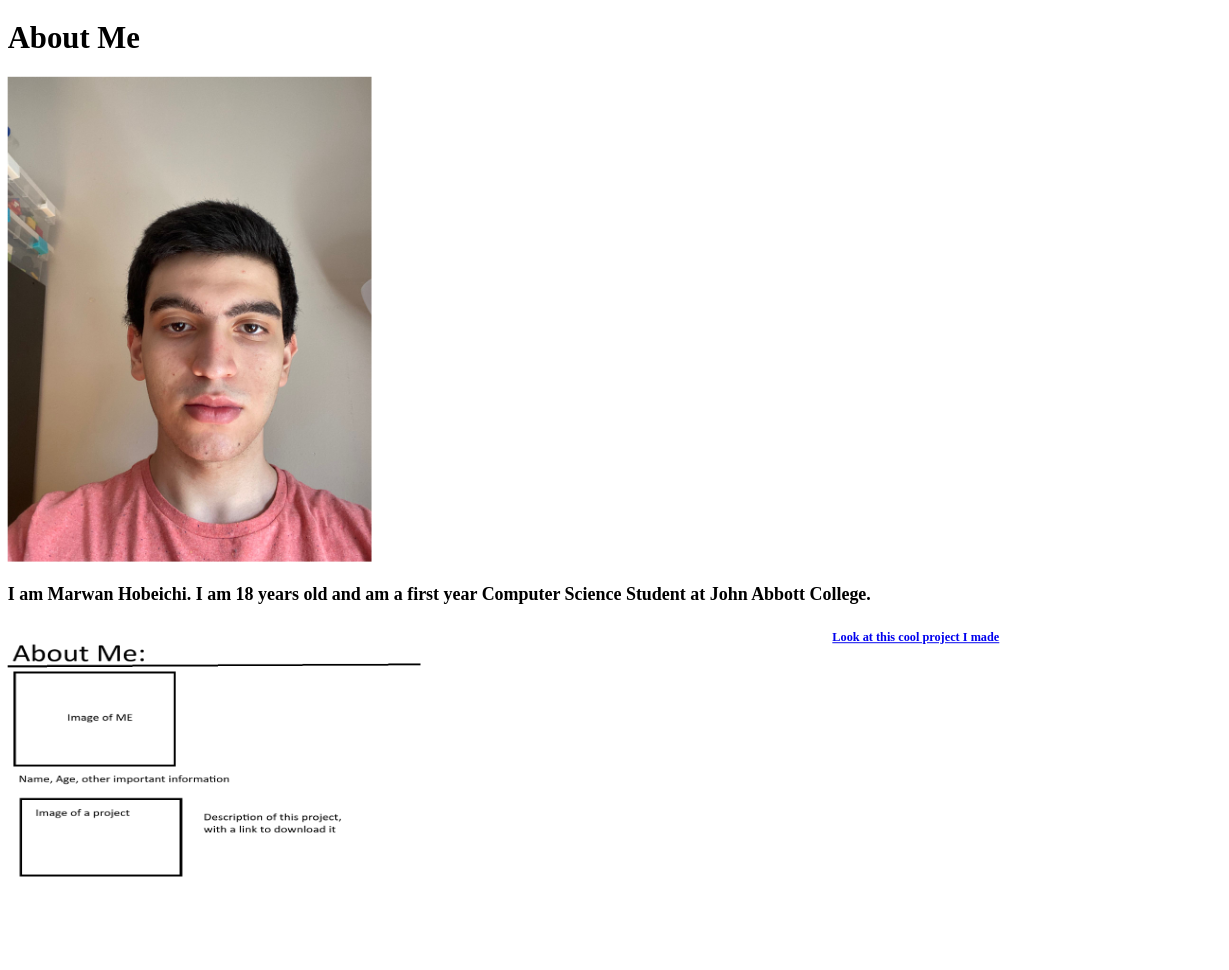
Repository: captainm64/captainm64
Page: index.html
These files come from the project's save history. The page is drawn as it stood at one moment and after the next save; the edit follows.
The browser window is 1280 px wide. The pictures show the whole page, at 96% of full size.

Above is the page before, as saved 2026-05-08 13:29:08.

### index.html
<!DOCTYPE html>
<html>
    <head>
        <link rel = "stylesheet" href = "./styles/index.css" />
         <link rel = "stylesheet" href = "./styles/global.css" />
         <title>HomePage</title>
    </head>
<body>
<Header id = "Title">
<main>
<h1> About Me </h1>

<div class = "Me">

 <div>
 <img src="../../assets/images/Marwan.jpg" alt = "Marwan Hobeichi looking at the camera"/>
 </div>

 <h3> I am Marwan Hobeichi. I am 18 years old and am a first year Computer Science Student at John Abbott College.</h3>

</div>



<div class = "projtxt">

 <div>
 <img src="../../assets/images/HomePage.png" alt = "Demonstration of an old project"/>
 </div>

 <a href = projectshow.html><h1>Look at this cool project I made</h1></a>

</div>
</main>

### styles/index.css
img{

   height: 55%;
   width: 45%;
}

.Me{

   display: flex;

   flex-direction: column;
}

.projtxt{

   display: flex;

   flex-direction: column;

}

.projtxt img {

   height: 100%;
   width: 100%

}

.demos{

   display: flex;

   flex-direction: row;
}

.demos{

   height: 50rem;
   width: 80rem
}

#Main{

font-size: 30rem;
font-family: "timesnewromanbold";
color: rgb(0, 0, 0);


}


/*Tablet*/
@media (min-width: 768px) {

    img{

   height: 55%;
   width: 40%;
   }


.projtxt{

      display: flex;
      flex-direction: row;
      font-size: 40%

   }

   .projtxt img {

   width: 50%

  }

}

/* laptop */
@media(min-width: 1025px)
{
     img{

   height: 55%;
   width: 30%;
   }


   .projtxt{

          display: flex;

      flex-direction: row;

      font-size: 40%
   }


   .projtxt img {

   height: 80%

  }



}

### styles/global.css

@font-face {

    font-family: "timesnewroman";
    src: url(/assests/fonts/timesnewroman.ttf);
}

After the next save:
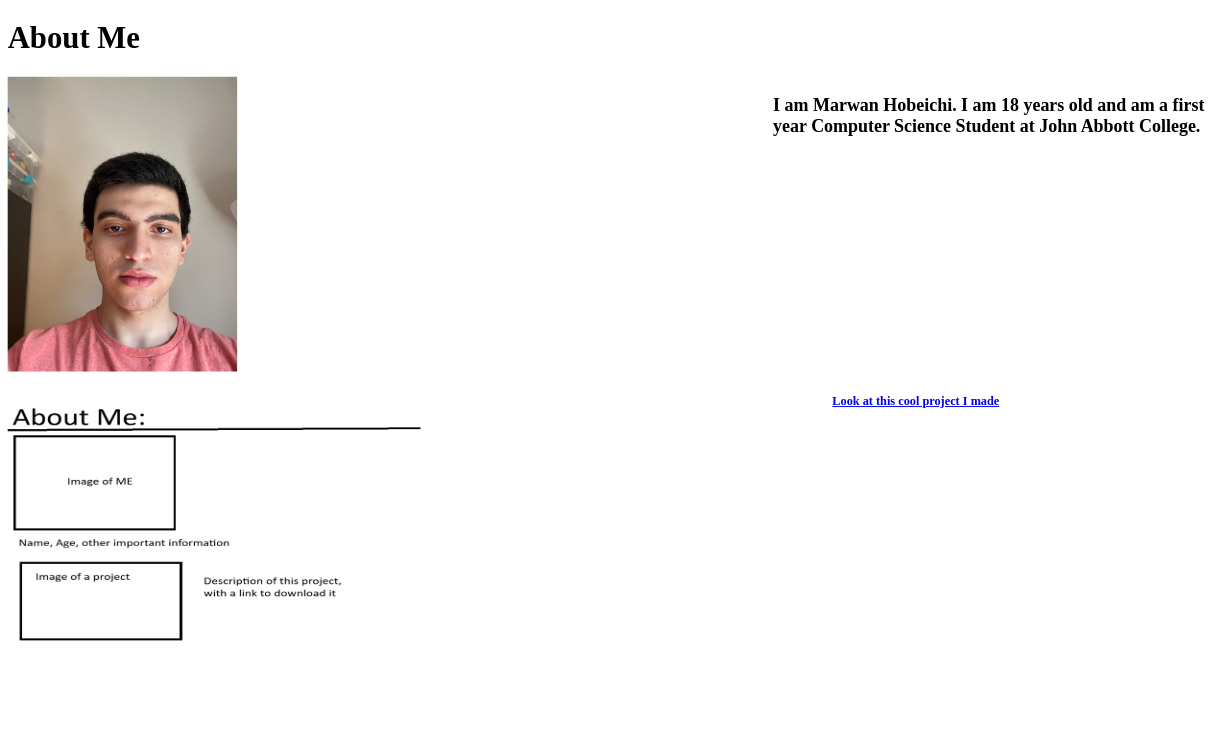
Saved 4 min 1 s later.
--- a/styles/index.css
+++ b/styles/index.css
@@ -54,10 +54,16 @@ color: rgb(0, 0, 0);
 
     img{
 
-   height: 55%;
-   width: 40%;
+   height: 95%;
+   width: 50%;
    }
 
+   .Me{
+
+   display: flex;
+
+   flex-direction: row;
+   }
 
 .projtxt{
 
@@ -80,10 +86,17 @@ color: rgb(0, 0, 0);
 {
      img{
 
-   height: 55%;
+   height: 95%;
    width: 30%;
    }
 
+
+  .Me{
+
+   display: flex;
+
+   flex-direction: row;
+   }
 
    .projtxt{
 
